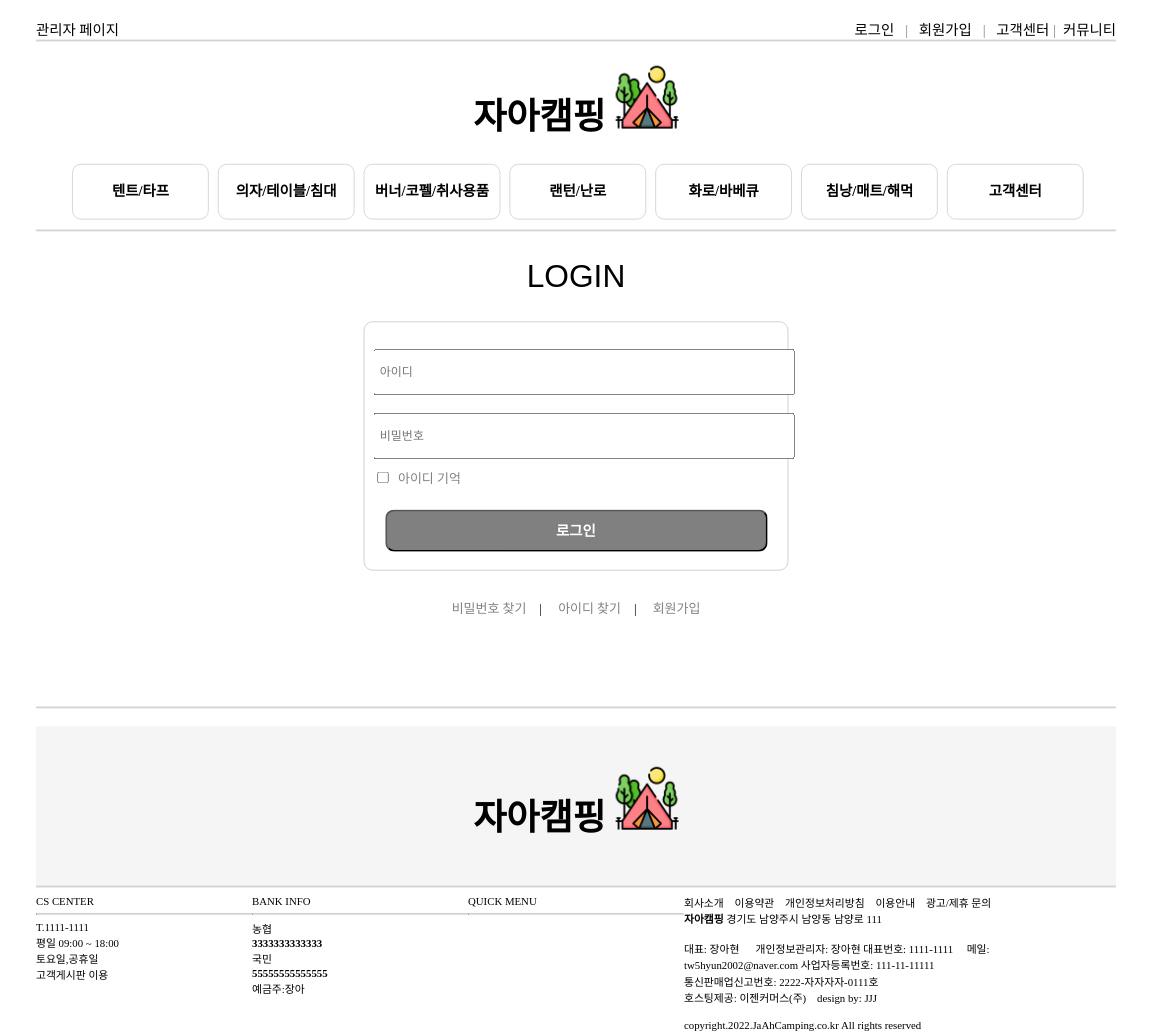
Repository: JJang-Ah/JSP-shoping-mall-project
Page: http://localhost/JaAhCamping/logon/memberLoginForm.jsp
The author's editor kept a copy of each file at every save. The page is drawn from the files as they stood at one save, then again after the next save.
The browser window is 1280 px wide. The pictures show the whole page, at 90% of full size.
Some web fonts or font styles are not loaded; a fallback is used. The page is served by Tomcat 9. Other server files are loaded and not shown.

Above is the page before, as saved 2022-06-12 14:05:30.

### JaAhCamping/WebContent/logon/memberLoginForm.jsp
<%@ page language="java" contentType="text/html; charset=UTF-8"
    pageEncoding="UTF-8"%>
<!DOCTYPE html>
<html>
<head>
<meta charset="UTF-8">
<title>로그인 폼</title>
<style>
@import url('https://fonts.googleapis.com/css2?family=Hammersmith+One&family=Paytone+One&display=swap');
#container { width: 1200px; margin: 0 auto;}
/* 상단 - 메인, 서브 타이틀 */
.t_title { font-family: 'Hammersmith One', sans-serif; font-size: 2.2em; text-align: center; margin: 30px 0;}

/* 중단 - 입력창 */
.f_input { width: 450px; text-align: center; border: 1px solid #ccc; padding: 10px; margin: 30px auto; border-radius: 10px;}
.f_input .c_id, .f_input .c_pwd { height: 45px; margin-top: 20px; padding-left: 5px;}
.f_input .f_chk { text-align: left; margin-top: 10px; font-size: 0.9em; color: gray;}
.f_input #btn_Login { width: 425px; height: 47px; margin-top: 25px; background: gray; color: white;
 font-size: 16px; font-weight: bold; cursor: pointer; margin-top: 25px; margin-bottom: 10px; border-radius: 10px;}

 /* 하단 - 비밀번호 찾기, 아이디 찾기, 회원가입 */
 .f_a { text-align: center; margin-top: 30px; font-size: 0.9em;}
 .f_a a {color: gray;}
 .t_line { border: 1px solid #e9ecef; margin: 20px 0;}


</style>

<script>
	document.addEventListener("DOMContentLoaded", function() {
		let form = document.loginForm;
		// 로그인 버튼을 클릭했을 때 유효성 검사 (공백 유무)
		let btn_Login = document.getElementById("btn_Login");
		btn_Login.addEventListener("click", function() {
			if(!form.id.value) {
				alert('아이디를 입력하시오.!');
				form.id.focus();
				return;
			}

			if(!form.pwd.value) {
				alert('비밀번호를 입력하시오.!');
				form.pwd.focus();
				return;
			}

			// 아이디 기억하기
			let now = new Date(); // 오늘 날짜
			let name = "cookieId"; // 쿠키 이름
			let value = form.id.value; // 쿠키 값

			if(form.chk.checked == true) { // 체크박스를 체크했을 때 -> 쿠키 생성
				// 만료시간: 지금으로부터 7일 후로 설정, 만료시간으로 사용
				now.setDate(now.getDate() + 7);
			} else { // 체크박스를 해제했을 때 -> 쿠키 삭제
				// 만료시간: 지금 시간으로 설정
				now.setDate(now.getDate() + 0);
			}

			// 쿠키 생성시에 필요한 정보 - 쿠키의 이름과 값, 위치, 만료시간
			// ;path=/;expires= : 현재 페이지의 위치
			document.cookie = name + "=" + escape(value) + ";path=/;expires=" +now.toGMTString() + ";";

			form.submit();
		})


		// 쿠키가 생성되어 있을 때 쿠키에 저장된 값인 아이디를 아이디 입력상자에 놓도록 하는 작업
		// 쿠키 확인 - 쿠키가 존재한다면
		if(document.cookie.length > 0) {
			var search = "cookieId=";
			var idx = document.cookie.indexOf(search); // 쿠키 중에서 cookieId=이 나오는 위치
			if(idx != -1) { // cookieId값이 존재한다면
				idx += search.length;
				var end = document.cookie.indexOf(';', idx);

				if(end == -1) {
					end = document.cookie.length;
				}

				form.id.value = document.cookie.substring(idx, end);
				form.chk.checked = true;
			}
		}
	})
</script>
</head>
<body>

<div id="container">
	<jsp:include page="../mall/shopTop.jsp"></jsp:include>
	<div class="t_title">LOGIN</div>

	<form action="memberLoginPro.jsp" method="post" name="loginForm">
		<div class="f_input">
			<div class="f_id"><input type="text" id="id" name="id" class="c_id" placeholder="아이디" size="55"></div>
			<div class="f_pwd"><input type="password" id="pwd" name="pwd" class="c_pwd" placeholder="비밀번호" size="55"></div>
			<div class="f_chk">
				<input type="checkbox" id="chk" class="c_chk" size="55" name="chk">&nbsp;
				<label for="chk">아이디 기억</label>
			</div>
			<div class="f_submit"><input type="button" value="로그인" id="btn_Login"></div>
		</div>
		<div class="f_a">
			<a href="#">비밀번호 찾기</a>&emsp;|&emsp;
			<a href="#">아이디 찾기</a>&emsp;|&emsp;
			<a href="../member/memberJoinForm.jsp">회원가입</a>
		</div>
	</form>
	<hr class="t_line">
	<jsp:include page="../mall/shopBottom.jsp"></jsp:include>
</div>

</body>
</html>

### JaAhCamping/WebContent/mall/shopTop.jsp
<%@ page language="java" contentType="text/html; charset=UTF-8"
    pageEncoding="UTF-8"%>
<!DOCTYPE html>
<html>
<head>
<meta charset="UTF-8">
<title>Insert title here</title>
<link href="https://fonts.googleapis.com/css2?family=Do+Hyeon&display=swap" rel="stylesheet">

<style>
#container { width: 1200px; margin: 20px auto;}
/* 상단 */
a { text-decoration: none; color: black;}
.t_box1 { text-align: right;}
.t_box1 #admin_page { display: inline-block; float: left;}
.t_box1 .user_menu { display: inline-block; float: right; color: gray;}
.h_line { clear: both; border: 1px solid lightgray; margin-top: 20px;}
.title { text-align: center; font-family: 'Do Hyeon', sans-serif; font-size: 40px;}
#camping { width: 70px; height: 70px;}
#title_sub_go { font-size: 0.8em;}

/* 메뉴 */
.m_menu { list-style: none; font-weight: bold;}
.m_menu .m_m_list { display: inline-block; float: left; width: 150px; height: 60px;
margin-right: 10px; border: 1px solid lightgray; text-align: center; line-height: 60px; border-radius: 10px;}
.m_menu > .m_m_list { position: relative;}
.m_menu { color: black;}
.m_menu > .m_m_list:hover >.s_menu { display: block;}
.m_m_list > .s_menu { display: none; position: absolute; top: 61px; border: 1px solid lightgray; background: white; border-radius: 10px;}
.s_menu .s_m_list { text-align: left; width: 200px;}

.t_line { clear: both; border: 1px solid lightgray; margin-top: 100px;}
</style>
</head>
<body>
<%
request.setCharacterEncoding("utf-8");

String memberId = (String)session.getAttribute("memberId");

if(memberId == null) {

}

%>
<div id="container">

	<div class="t_box1"> <%--  --%>
		<div id="admin_page"><a href="http://localhost:8088/JaAhCamping/manager/managerMain.jsp">관리자 페이지</a></div>
		<div class="user_menu">
		<%if(memberId == null) {  %>
			<a href="http://localhost:8088/JaAhCamping/logon/memberLoginForm.jsp"><span>로그인</span></a>&ensp; |&ensp;
			<a href="http://localhost:8088/JaAhCamping/member/memberJoinForm.jsp"><span>회원가입</span></a>&ensp; |&ensp;
		<%} else { %>
			<a href="../member/memberInfoForm.jsp"><span><%=memberId %>님</span></a>&ensp; |&ensp;
			<a href="../logon/memberLogout.jsp"><span>로그아웃</span></a>&ensp; |&ensp;
			<a href="#"><span>장바구니</span></a>&ensp; |&ensp;
		<%} %>
		<a href="#">고객센터</a>&nbsp;|&nbsp;
		<a href="#">커뮤니티</a>
		</div>
	</div>
	<hr class="h_line">

	<%-- 상단 제목 --%>
	<h1 class="title"><a href="http://localhost:8088/JaAhCamping/mall/shopAll.jsp">자아캠핑&nbsp;<img alt="camping" src="/JaAhCamping/icons/camping.png" id="camping"></a></h1>



	<nav class="menu">
		<ul class="m_menu">
			<li class="m_m_list"><a href="#">텐트/타프</a>
				<div class="s_menu">
					<ul>
						<li class="s_m_list"><a href="#">텐트</a></li>
						<li class="s_m_list"><a href="#">텐트관련품</a></li>
						<li class="s_m_list"><a href="#">타프</a></li>
						<li class="s_m_list"><a href="#">폴대/펙/스트링/스토퍼</a></li>
						<li class="s_m_list"><a href="#">공구</a></li>
						<li class="s_m_list"><a href="#">기타(텐트/타프)</a></li>
					</ul>
				</div>
			</li>
			<li class="m_m_list"><a href="#">의자/테이블/침대</a>
				<div class="s_menu">
					<ul>
						<li class="s_m_list"><a href="#">의자</a></li>
						<li class="s_m_list"><a href="#">테이블</a></li>
						<li class="s_m_list"><a href="#">선반/수납가구</a></li>
						<li class="s_m_list"><a href="#">야전침대</a></li>
						<li class="s_m_list"><a href="#">퍼니쳐</a></li>
						<li class="s_m_list"><a href="#">기타(의자/테이블/침대)</a></li>
					</ul>
				</div>
			</li>
			<li class="m_m_list"><a href="#">버너/코펠/취사용품</a>
				<div class="s_menu">
					<ul>
						<li class="s_m_list"><a href="#">버너</a></li>
						<li class="s_m_list"><a href="#">코펠</a></li>
						<li class="s_m_list"><a href="#">취사용품</a></li>
						<li class="s_m_list"><a href="#">식기류</a></li>
						<li class="s_m_list"><a href="#">기타(버터/코펠/취사용품)</a></li>
					</ul>
				</div>
			</li>
			<li class="m_m_list"><a href="#">랜턴/난로</a>
				<div class="s_menu">
					<ul>
						<li class="s_m_list"><a href="#">랜턴</a></li>
						<li class="s_m_list"><a href="#">후레쉬</a></li>
						<li class="s_m_list"><a href="#">난로</a></li>
						<li class="s_m_list"><a href="#">액세서리</a></li>
						<li class="s_m_list"><a href="#">기타(랜턴/난로)</a></li>
					</ul>
				</div>
			</li>
			<li class="m_m_list"><a href="#">화로/바베큐</a>
				<div class="s_menu">
					<ul>
						<li class="s_m_list"><a href="#">화로대</a></li>
						<li class="s_m_list"><a href="#">바베큐 그릴</a></li>
						<li class="s_m_list"><a href="#">토치</a></li>
						<li class="s_m_list"><a href="#">바베큐 소품</a></li>
						<li class="s_m_list"><a href="#">기타(화로/바베큐)</a></li>
					</ul>
				</div>
			</li>
			<li class="m_m_list"><a href="#">침낭/매트/해먹</a>
				<div class="s_menu">
					<ul>
						<li class="s_m_list"><a href="#">침낭</a></li>
						<li class="s_m_list"><a href="#">베개/쿠션/방석</a></li>
						<li class="s_m_list"><a href="#">매트</a></li>
						<li class="s_m_list"><a href="#">해먹</a></li>
						<li class="s_m_list"><a href="#">기타(침낭/매트/해먹)</a></li>
					</ul>
				</div>
			</li>
			<li class="m_m_list"><a href="#">고객센터</a>
			</li>
		</ul>
	</nav>
	<hr class="t_line">
</div>

</body>
</html>

### JaAhCamping/WebContent/mall/shopBottom.jsp
<%@ page language="java" contentType="text/html; charset=UTF-8"
    pageEncoding="UTF-8"%>
<!DOCTYPE html>
<html>
<head>
<meta charset="UTF-8">
<title>Insert title here</title>
<style>
#container_bottom {  width: 100%; background: #f5f5f5;}

.b_line { border: 1px solid lightgray; margin-top: 50px;}
.b_boxes { font-size: 12px;}
.b_boxes div { display: inline-block; float: left;}
.b_box1 { width: 20%;}
.b_box2 { width: 20%;}
.b_box3 { width: 20%;}
.b_box4 { width: 35%;}


</style>
</head>
<body>
<div id="container_bottom">
	<br>
	<h1 class="title"><a href="http://localhost:8088/JaAhCamping/mall/shopAll.jsp">자아캠핑&nbsp;<img alt="camping" src="/JaAhCamping/icons/camping.png" id="camping"></a></h1>
	<hr class="b_line">
	<div class="b_boxes">
		<div class="b_box1">
			<span>CS CENTER</span>
			<hr>
			<span>T.1111-1111</span><br>
			<span>평일 09:00 ~ 18:00<br>
			토요일,공휴일<br>
			고객게시판 이용</span>
		</div>
		<div class="b_box2">
			<span>BANK INFO</span>
			<hr>
			<span>
			농협 <br>
			<b>3333333333333</b><br>
			국민<br>
			<b>55555555555555</b><br>
			예금주:장아
			</span>
		</div>
		<div class="b_box3">
			<span>QUICK MENU</span>
			<hr>
			<div>

			</div>
		</div>
		<div class="b_box4">
		회사소개 &ensp; 이용약관 &ensp; 개인정보처리방침 &ensp; 이용안내 &ensp; 광고/제휴 문의<br>
		<b>자아캠핑</b>
		<span>
		경기도 남양주시 남양동 남양로 111 <br><br>
		대표: 장아현 &ensp;&ensp; 개인정보관리자: 장아현
		대표번호: 1111-1111&ensp;&ensp; 메일: tw5hyun2002@naver.com
		사업자등록번호: 111-11-11111<br>
		통신판매업신고번호: 2222-자자자자-0111호<br>
		호스팅제공: 이젠커머스(주)&ensp;&ensp;design by: JJJ<br><br>
		copyright.2022.JaAhCamping.co.kr All rights reserved
		</span>

		</div>
	</div>

</div>
</body>
</html>

After the next save:
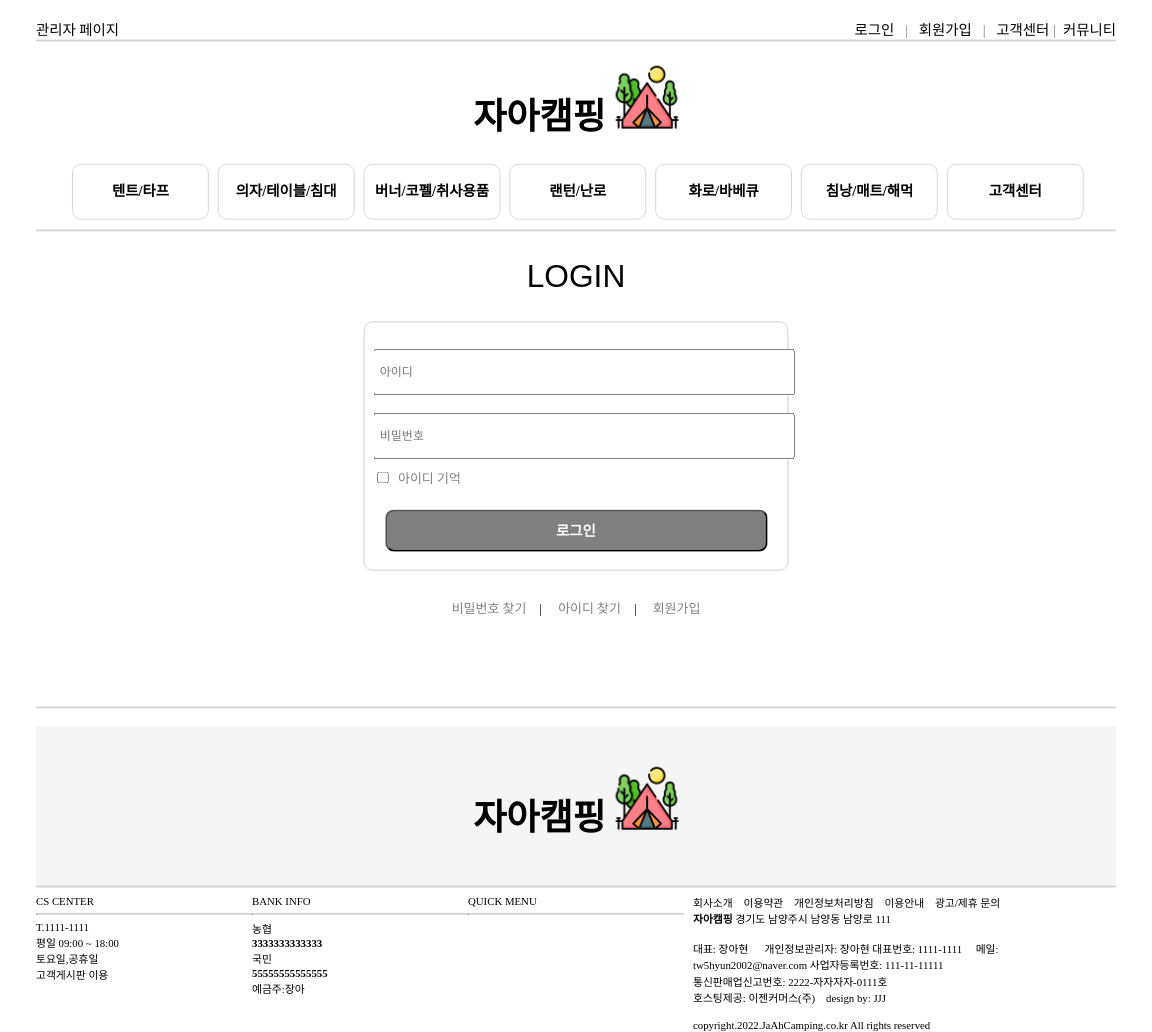
Saved 22 s later.
--- a/JaAhCamping/WebContent/mall/shopBottom.jsp
+++ b/JaAhCamping/WebContent/mall/shopBottom.jsp
@@ -14,7 +14,7 @@
 .b_box1 { width: 20%;}
 .b_box2 { width: 20%;}
 .b_box3 { width: 20%;}
-.b_box4 { width: 35%;}
+.b_box4 { width: 35%; margin-left: 10px;}
 
 
 </style>
